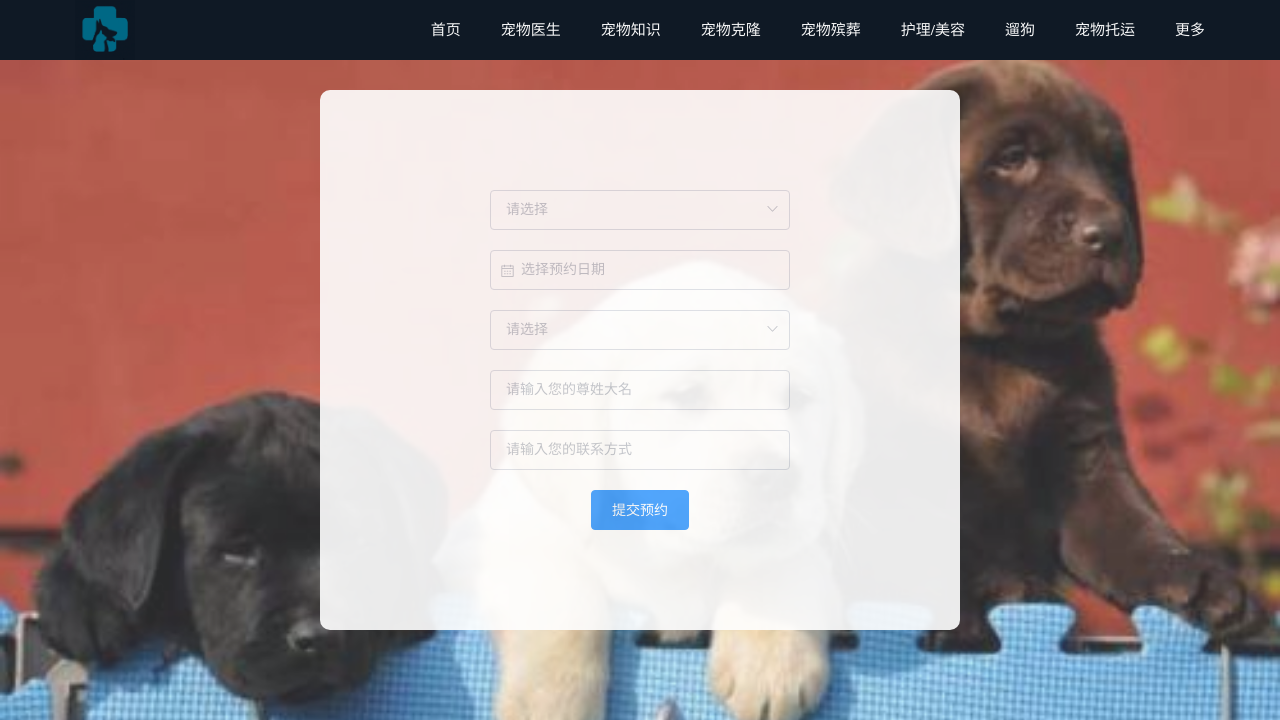
Repository: Sharang-heng/pet-hospital
Page: /cloneOrder
An editor plug-in stored every save of this project. The page is shown before and after the next save, followed by the edit.
The browser window is 1280 px wide. The pictures show the whole page.
The project was rebuilt for these pictures with package versions that can differ from the ones it lists, and the page was loaded fresh each time. Also part of the build but not shown: vue.config.js, src/components/home_short.vue, src/views/HomePage.vue, src/components/footer.vue, src/views/counsel.vue, src/views/doctor.vue, src/views/knowledge.vue, src/views/clone.vue and 11 more. Imported but missing from the stored project, and not drawn on this page: src/assets/video/homepage.mp4.

Above is the page before, as saved 2021-01-13 15:00:36.

After the next save:
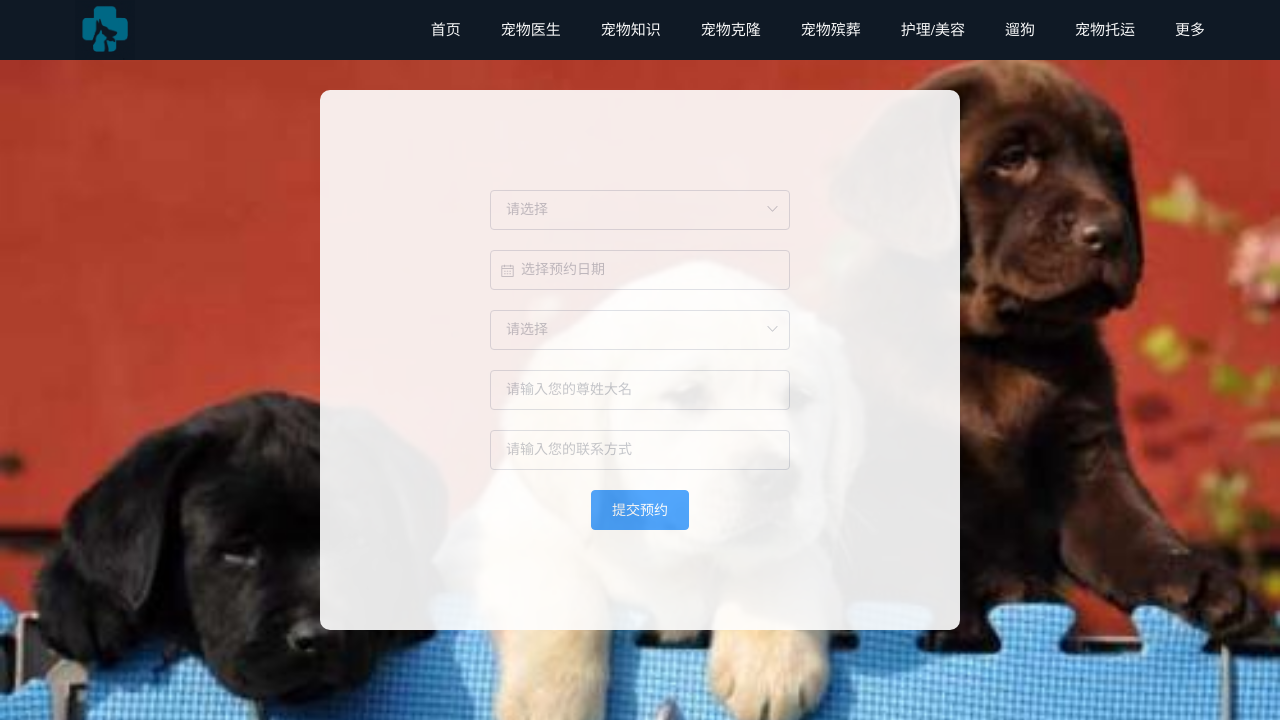
Saved 13 s later.
--- a/src/views/cloneOrder.vue
+++ b/src/views/cloneOrder.vue
@@ -147,7 +147,7 @@
     width: 100%;
     height: 100%;
     object-fit: cover;
-    opacity: 0.8;
+    // opacity: 0.8;
   }
 }
 .main {
